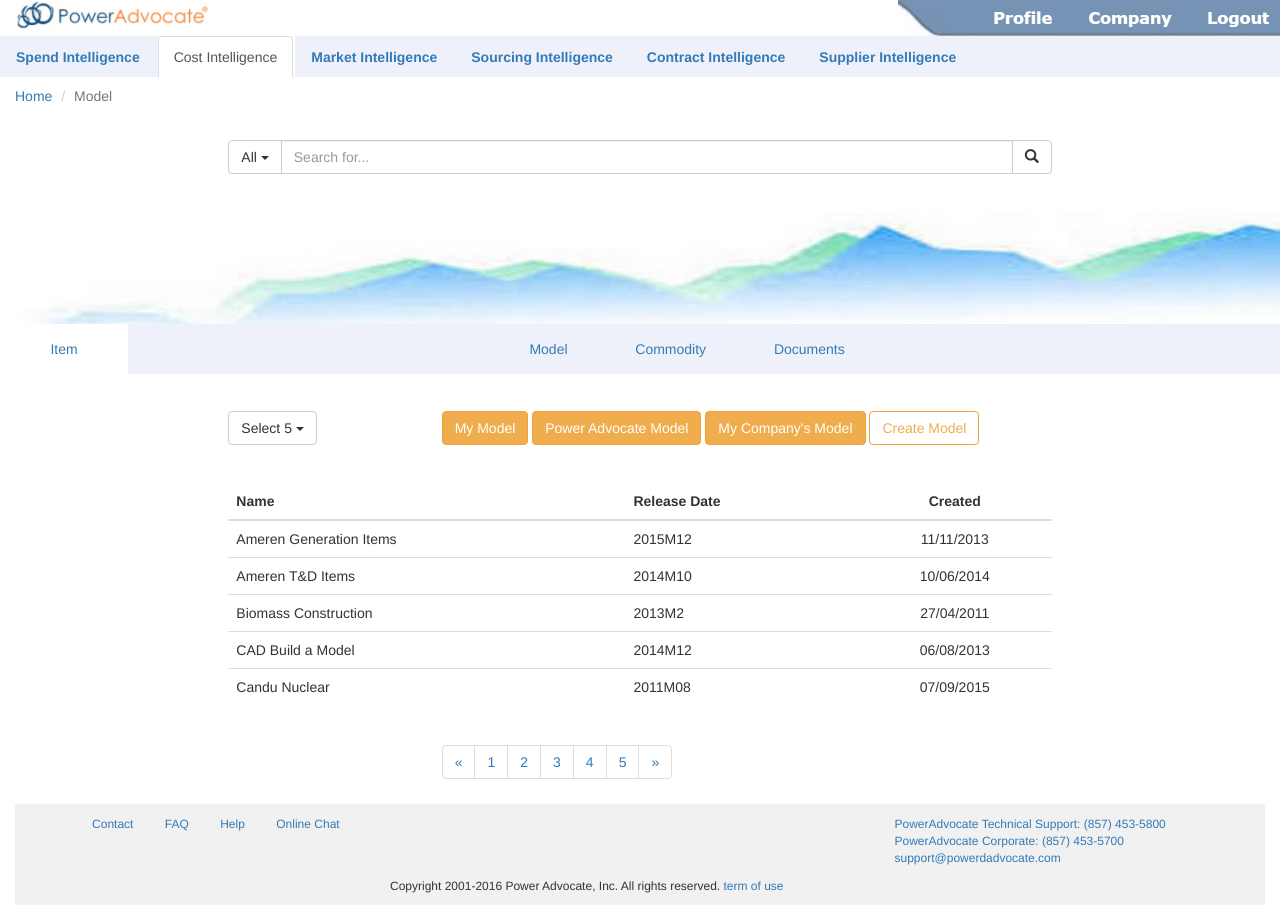
Repository: SamiraMansouri/PowerAdvocate-CostIntelligence-Application-new-Design-using-UserExperience-Method-
Page: http://localhost/PowerAdvocate/WEB-INF/views/Item.jsp
These files come from the project's save history. The page is drawn as it stood at one moment and after the next save; the edit follows.
The browser window is 1280 px wide. The pictures show the whole page.
The page is served by Tomcat 9. Nobody is signed in. Other server files are loaded and not shown. The template is opened directly, without the code that normally fills it, so the values that code supplies are empty.

Above is the page before, as saved 2016-04-25 01:50:09.

### PowerAdvocate-Prototype/PowerAdvocate/src/main/webapp/WEB-INF/views/Item.jsp
<!DOCTYPE html>
<html lang="en">
<head>
<title>Model</title>
<meta charset="utf-8">
<meta name="viewport" content="width=device-width, initial-scale=1">
<link rel="stylesheet"
	href="http://maxcdn.bootstrapcdn.com/bootstrap/3.3.6/css/bootstrap.min.css">
<script
	src="https://ajax.googleapis.com/ajax/libs/jquery/1.12.0/jquery.min.js"></script>
<script
	src="http://maxcdn.bootstrapcdn.com/bootstrap/3.3.6/js/bootstrap.min.js"></script>
</head>
<style>
.nav .navbar-nav>li>a:hover, .navbar-default .navbar-nav>li>a:focus {
	color: #ffff; /*Sets the text hover color on navbar*/
}

.nav .nav-tabs>.active>a, .nav .nav-tabs>.active>a:hover, .nav .nav-tabs>.active>a:focus
	{
	color: black; /*BACKGROUND color for active*/
	background-color: red;
}

.nav {
	background-color: #eff1fa;
	border-color: white;
}

.nav>li>a:hover, .nav>li>a:focus {
	text-decoration: none;
	background-color: silver; /*Change rollover cell color here*/
}

.navbar-default .navbar-nav>li>a {
	color: white; /*Change active text color here*/
}

.top-buffer {
	margin-top: 3%;
}

.nav .nav-tabs {
	display: inline-block;
	float: none;
	vertical-align: top;
}

.nav .navbar-collapse {
	text-align: center;
}

#bs-example-navbar-collapse-1 {
	padding: 0;
}

lineblue {
	border-bottom: 5pt solid black;
}

.navbar-nav {
	width: 100%;
	text-align: center; > li { float : none;
	display: inline-block;
}

}
.active {
	background-color: #fff;
}

.btn-warning.btn-outline {
	color: #f0ad4e;
}

.btn-warning.btn-outline:hover {
	color: #fff;
}

.btn-outline {
	background-color: transparent;
	color: inherit;
	transition: all .5s;
}

.footer {
	background-color: #F1F1F1;
	padding-top: 1%;
	font-size: 12px;
}

#col1 li {
	display: inline;
	text-decoration: none;
	padding-left: 5%;
}

#col1 ul {
	padding-left: 0;
}

#col2 li {
	text-decoration: none;
	padding-left: 35%;
	list-style-type: none;
}
.image
{
padding-right:0;

}
</style>
<body>

	<div class="container-fluid">
		<div class="row">
			<div class="col-md-4 ">
				<img src="resources/img/pa.png" alt="logo"
					style="width: 50%; height: 30%;">
			</div>
			<div class="col-md-8 image">
				<span class="pull-right "> <img src="resources/img/menu.png"
					class="pull-right " alt="logo" style="width: 60%; height: 30%;">
				</span>
			</div>
		</div>

		<!--end of row-->
		<div class="row">
			<ul class="nav nav-tabs">
				<li role="presentation"><a href="#"><b>Spend
							Intelligence</b></a></li>
				<li role="presentation" class="active"><a href="#">Cost
						Intelligence</a></li>
				<li role="presentation"><a href="#"><b>Market
							Intelligence</b></a></li>
				<li role="presentation"><a href="#"><b>Sourcing
							Intelligence</b></a></li>
				<li role="presentation"><a href="#"><b>Contract
							Intelligence</b></a></li>
				<li role="presentation"><a href="#"><b>Supplier
							Intelligence</b></a></li>
			</ul>
		</div>
		<!--end of row-->

		<div class="row">
			<ol class="breadcrumb"
				style="margin-bottom: 2%; background-color: #fff;">
				<li><a href="#">Home</a></li>
				<li class="active">Model</li>
			</ol>
		</div>
		<!-- bread crumb -->

		<div class="row">
			<div class="col-lg-2"></div>
			<div class="col-lg-8">
				<div class="input-group">
					<div class="input-group-btn">
						<button type="button" class="btn btn-default dropdown-toggle"
							data-toggle="dropdown" aria-haspopup="true" aria-expanded="false">
							All <span class="caret"></span>
						</button>
						<ul class="dropdown-menu">
							<li><a href="#">All</a></li>
							<li role="separator" class="divider"></li>
							<li><a href="#">Model</a></li>
							<li><a href="#">Item</a></li>
							<li><a href="#">Commodity</a></li>
						</ul>
					</div>
					<!-- btn-group -->

					<input type="text" class="form-control" placeholder="Search for..." />
					<span class="input-group-btn">
						<button class="btn btn-default" type="button">
							<span class="glyphicon glyphicon-search" aria-hidden="true"></span>
						</button>
					</span>
				</div>
				<!-- /input-group -->
			</div>
			<!-- lg-8 -->
			<div class="col-lg-2"></div>
		</div>
		<!-- /row -->

		<div class="row">
			<div class="col-md-12 image">
				<img  src="resources/img/a.jpeg" alt="logo"
					style="width: 100%; height: 150px;">
			</div>
		</div>
		<!-- row -->

		<div class="row">
			<div class=" collapse navbar-collapse "
				id="bs-example-navbar-collapse-1">
				<ul class="nav navbar-nav">
					<li style="width=20%"><a href="#">Model</a></li>
					<li class="pull-left active" style="width:10%"><a href="/prototype/Item">Item</a></li>
					<li><a href="#"></a></li>
					<li><a href="/prototype/Commodity">Commodity</a></li>
									<li><a href="#"></a></li>
					<li><a href="/prototype/Documents">Documents</a></li>
									<li><a href="#"></a></li>
				</ul>
			</div>
			<!-- /.navbar-collapse -->
		</div>

		<div class="row top-buffer ">
			<div class="col-md-2"></div>
			<div class="col-md-2">

				<div class="dropdown pull-left ">
					<button class="btn btn-default dropdown-toggle" type="button"
						id="dropdownMenu2" data-toggle="dropdown" aria-haspopup="true"
						aria-expanded="false">
						Select 5 <span class="caret"></span>
					</button>
					<ul class="dropdown-menu" aria-labelledby="dropdownMenu2">
						<li><a href="#">Select 5</a></li>
						<li><a href="#">Select 10</a></li>
						<li><a href="#">Select 50</a></li>
						<li><a href="#">Select 100</a></li>
					</ul>
				</div>
			</div>
			<div class="col-md-6 ">
				<button type="Button" class="btn btn-warning">My Model</button>
				<button type="Button" class="btn btn-warning">Power
					Advocate Model</button>
				<button type="Button" class="btn btn-warning">My Company's
					Model</button>
				<a class="btn btn-warning btn-outline ">Create Model</a>
			</div>
<div class="col-md-2"></div>
		</div>



	<div class="row top-buffer x">
		<div class="col-sm-2"></div>
		<div class="col-sm-8">
			<table class="table table-hover">
				<thead>
					<tr>
						<th>Name</th>
						<th >Release Date</th>
						<th style="text-align:center;">Created</th>
					</tr>
				</thead>
				<tbody>
					<tr>
						<td>Ameren Generation Items</td>
						<td>2015M12</td>
						<td style="text-align:center;">11/11/2013</td>
					</tr>
					<tr>
						<td>Ameren T&D Items</td>
						<td>2014M10</td>
						<td style="text-align:center;">10/06/2014</td>
					</tr>
					<tr>
						<td>Biomass Construction</td>
						<td>2013M2</td>
						<td style="text-align:center;">27/04/2011</td>
					</tr>
					<tr>
						<td>CAD Build a Model</td>
						<td>2014M12</td>
						<td style="text-align:center;">06/08/2013</td>
					</tr>
					<tr>
						<td>Candu Nuclear</td>
						<td>2011M08</td>
						<td style="text-align:center;">07/09/2015</td>
					</tr>
				</tbody>
			</table>
		</div>
		<div class="col-md-2"></div>
	</div>

	<!--  -->
	<div class="row">
		<div class="col-md-2"></div>
		<div class="col-md-2"></div>
		<div class="col-md-8 ">
			<nav>
				<ul class="pagination">
					<li><a href="#" aria-label="Previous"> <span
							aria-hidden="true">&laquo;</span>
					</a></li>
					<li><a href="#">1</a></li>
					<li><a href="#">2</a></li>
					<li><a href="#">3</a></li>
					<li><a href="#">4</a></li>
					<li><a href="#">5</a></li>
					<li><a href="#" aria-label="Next"> <span
							aria-hidden="true">&raquo;</span>
					</a></li>
				</ul>
			</nav>
		</div>
	</div>
	<!--pagination-->
	<!--footer-->
	<div class="footer">
		<div class="row ">
			<div class="col-md-6" id="col1" style="padding-left: 5%;">
				<ul>
					<li><a src="#"> Contact</a></li>
					<li><a src="#"> FAQ </a></li>
					<li><a src="#"> Help</a></li>
					<li><a src="#"> Online Chat</a></li>
				</ul>
			</div>

			<div class="col-md-6" id="col2">
				<ul>
					<li><a src="#"> PowerAdvocate Technical Support: (857)
							453-5800</a></li>
					<li><a src="#"> PowerAdvocate Corporate: (857) 453-5700 </a></li>
					<li><a src="#"> support@powerdadvocate.com</a></li>
				</ul>
			</div>
		</div>
		<div class="row">
			<div class="col-md-12">
				<p style="padding-left: 30%;">
					Copyright 2001-2016 Power Advocate, Inc. All rights reserved.<a
						src="#"> term of use </a>
				</p>
			</div>
		</div>
	</div>
	<!-- end of footer-->


	</div>
</body>
</html>

After the next save:
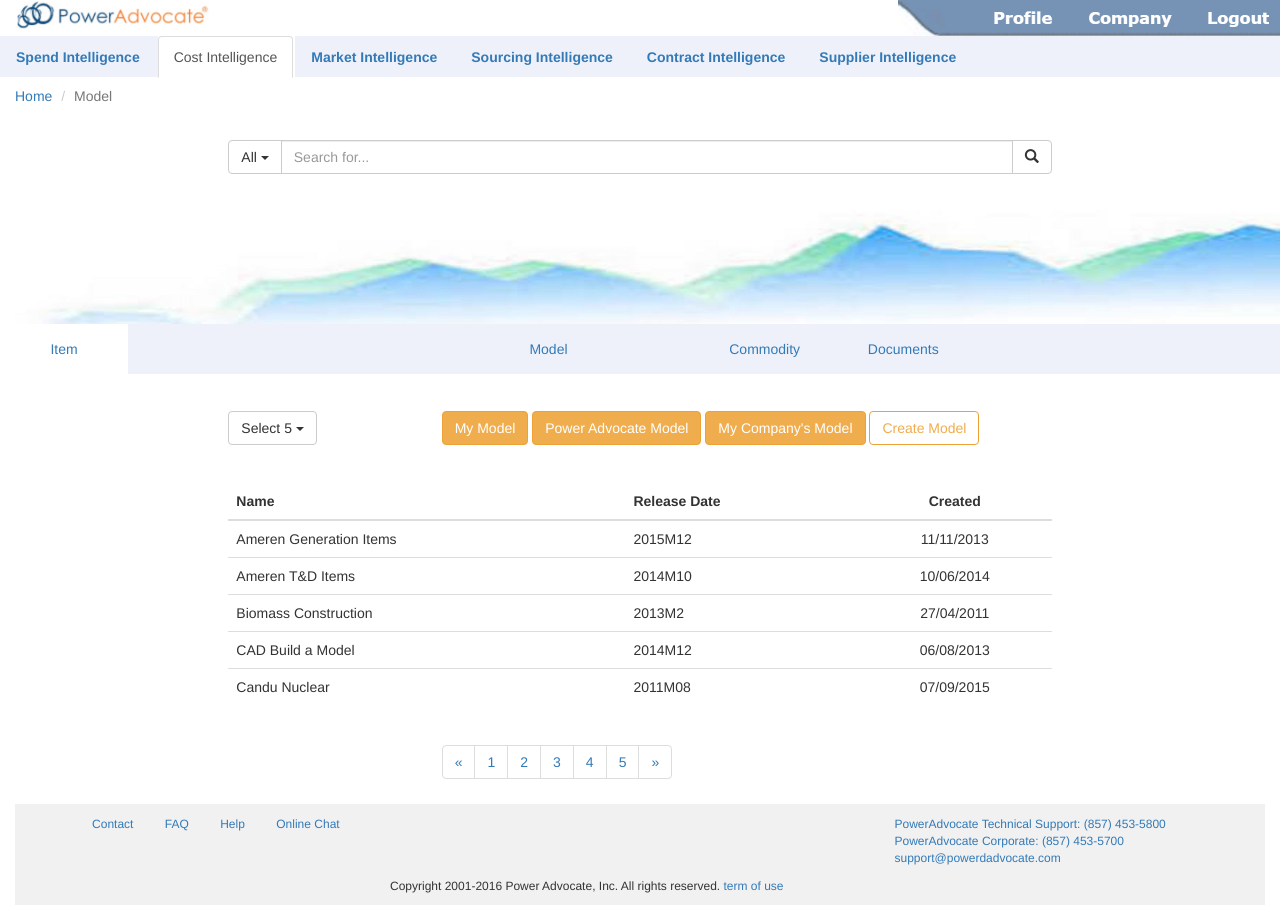
Saved 11 s later.
--- a/PowerAdvocate-Prototype/PowerAdvocate/src/main/webapp/WEB-INF/views/Item.jsp
+++ b/PowerAdvocate-Prototype/PowerAdvocate/src/main/webapp/WEB-INF/views/Item.jsp
@@ -198,7 +198,7 @@
 			<div class=" collapse navbar-collapse "
 				id="bs-example-navbar-collapse-1">
 				<ul class="nav navbar-nav">
-					<li style="width=20%"><a href="#">Model</a></li>
+					<li style="width:20%"><a href="#">Model</a></li>
 					<li class="pull-left active" style="width:10%"><a href="/prototype/Item">Item</a></li>
 					<li><a href="#"></a></li>
 					<li><a href="/prototype/Commodity">Commodity</a></li>
